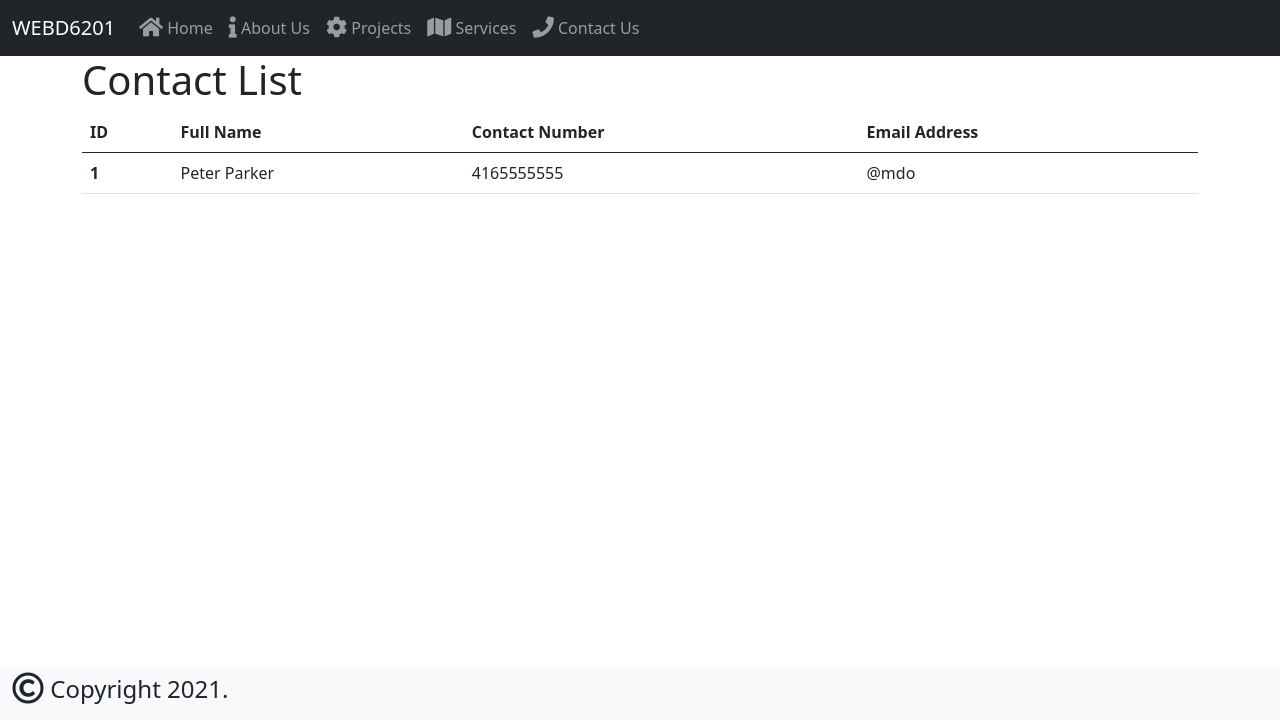
Repository: ahmedrizvi/WEB6201-W2021-ICE02
Page: contact-list.html
The author's editor kept a copy of each file at every save. The page is drawn from the files as they stood at one save, then again after the next save.
The browser window is 1280 px wide. The pictures show the whole page.

Above is the page before, as saved 2021-01-29 22:25:44.

After the next save:
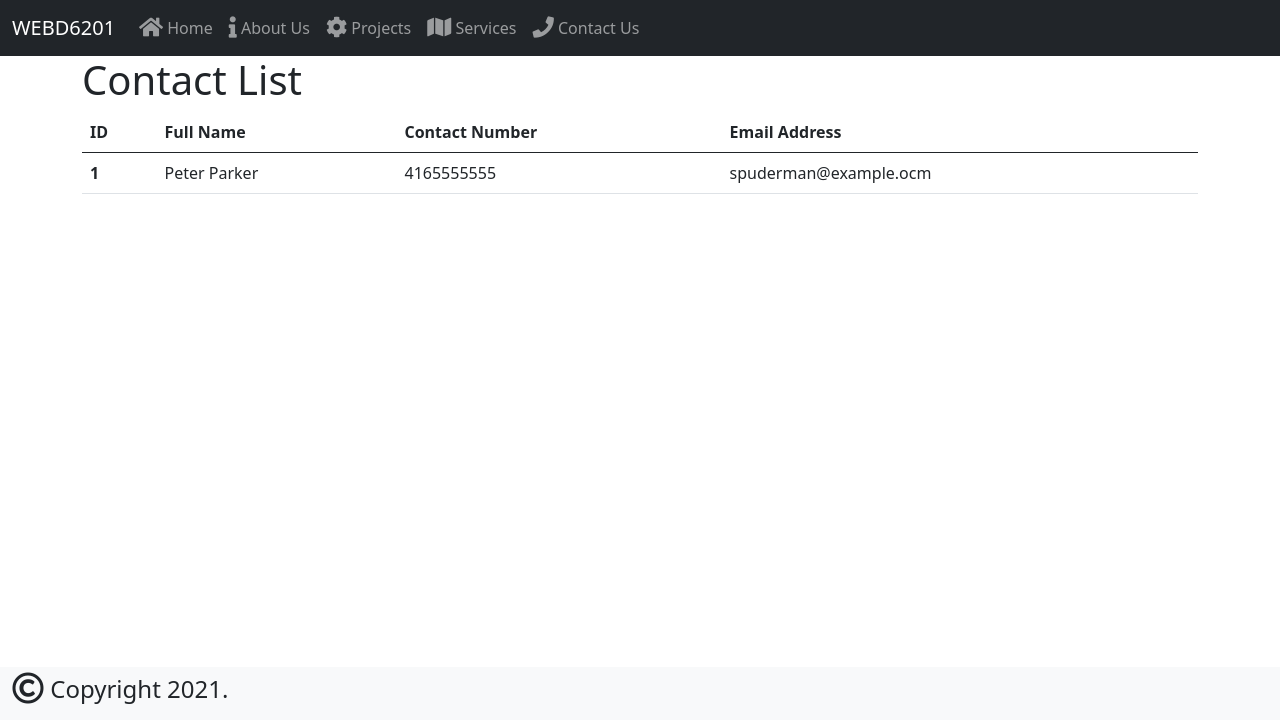
Saved 9 s later.
--- a/contact-list.html
+++ b/contact-list.html
@@ -66,7 +66,7 @@
                   <th scope="row">1</th>
                   <td>Peter Parker</td>
                   <td>4165555555</td>
-                  <td>@mdo</td>
+                  <td>spuderman@example.ocm</td>
                 </tr>
               </tbody>
             </table>
